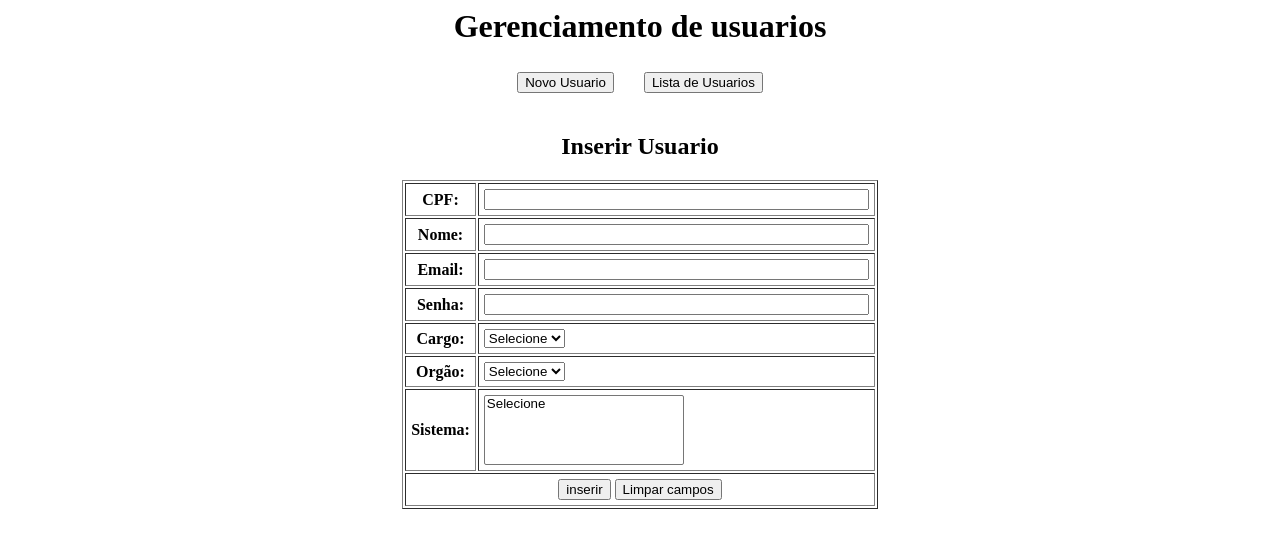
Repository: MarceloLopes22/DesafioInvia
Page: http://localhost/desafioInvia/novoUsuario.jsp
These files come from the project's save history. The page is drawn as it stood at one moment and after the next save; the edit follows.
The browser window is 1280 px wide. The pictures show the whole page.
Some web libraries are served in a nearby version. The page is served by Tomcat 9. The template is opened directly, without the code that normally fills it, so the values that code supplies are empty.

Above is the page before, as saved 2020-03-31 02:52:15.

After the next save:
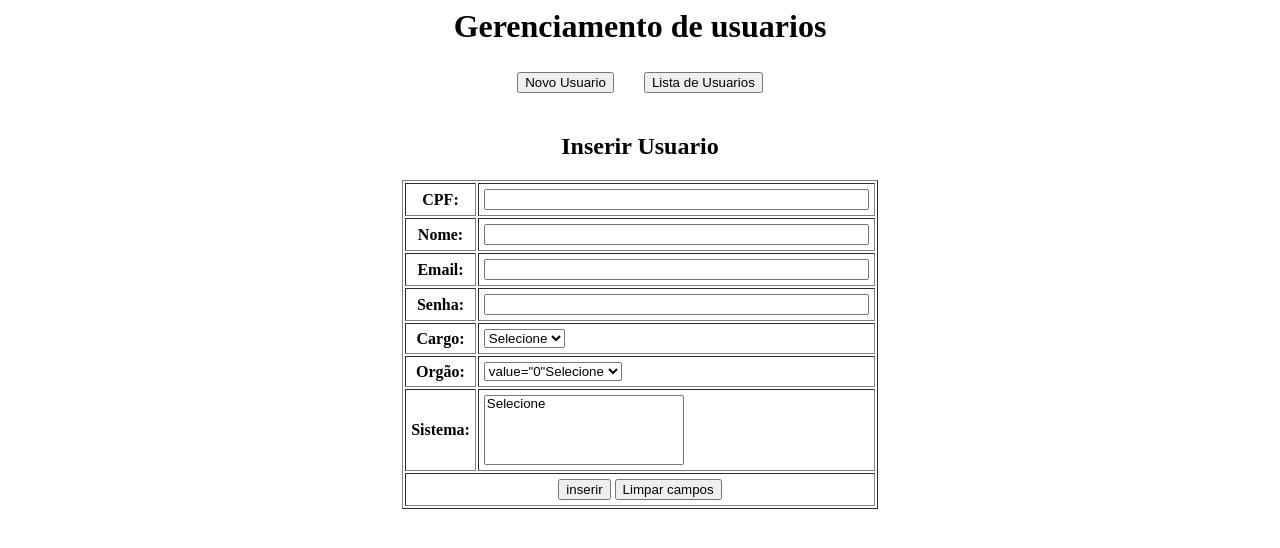
Saved 89 s later.
--- a/workspace/desafioInvia/src/main/webapp/novoUsuario.jsp
+++ b/workspace/desafioInvia/src/main/webapp/novoUsuario.jsp
@@ -95,7 +95,7 @@ $(window).on('load', function() {
 						<c:when test="${usuario.cpf == null}">
 							<td>
 								<select name="cargo" id="cargo">
-									<option>Selecione</option>
+									<option value="0">Selecione</option>
 								    <c:forEach items="${cargos}" var="c">
 								       <option value="${c.id}">${c.descricao}</option>
 								    </c:forEach>
@@ -105,7 +105,7 @@ $(window).on('load', function() {
 						<c:when test="${usuario.cpf != null}">
 							<td>
 								<select name="cargo" id="cargo">
-									<option>Selecione</option>
+									<option value="0">Selecione</option>
 								    <c:forEach items="${cargos}" var="c">
 								       <option value="${c.id}" ${c.id == usuario.cargo.idCargo ? 'selected' : ''}>${c.descricao}</option>
 								    </c:forEach>
@@ -120,7 +120,7 @@ $(window).on('load', function() {
 						<c:when test="${usuario.cpf == null}">
 							<td>
 								<select name="orgao" id="orgao">
-									<option>Selecione</option>
+									<option> value="0"Selecione</option>
 								    <c:forEach items="${orgaos}" var="c">
 								       <option value="${c.id}">${c.nome}</option>
 								    </c:forEach>
@@ -130,7 +130,7 @@ $(window).on('load', function() {
 						<c:when test="${usuario.cpf != null}">
 							<td>
 								<select name="orgao" id="orgao">
-									<option>Selecione</option>
+									<option value="0">Selecione</option>
 								    <c:forEach items="${orgaos}" var="c">
 								       <option value="${c.id}" ${c.id == usuario.orgao.idOrgao ? 'selected' : ''}>${c.nome}</option>
 								    </c:forEach>
